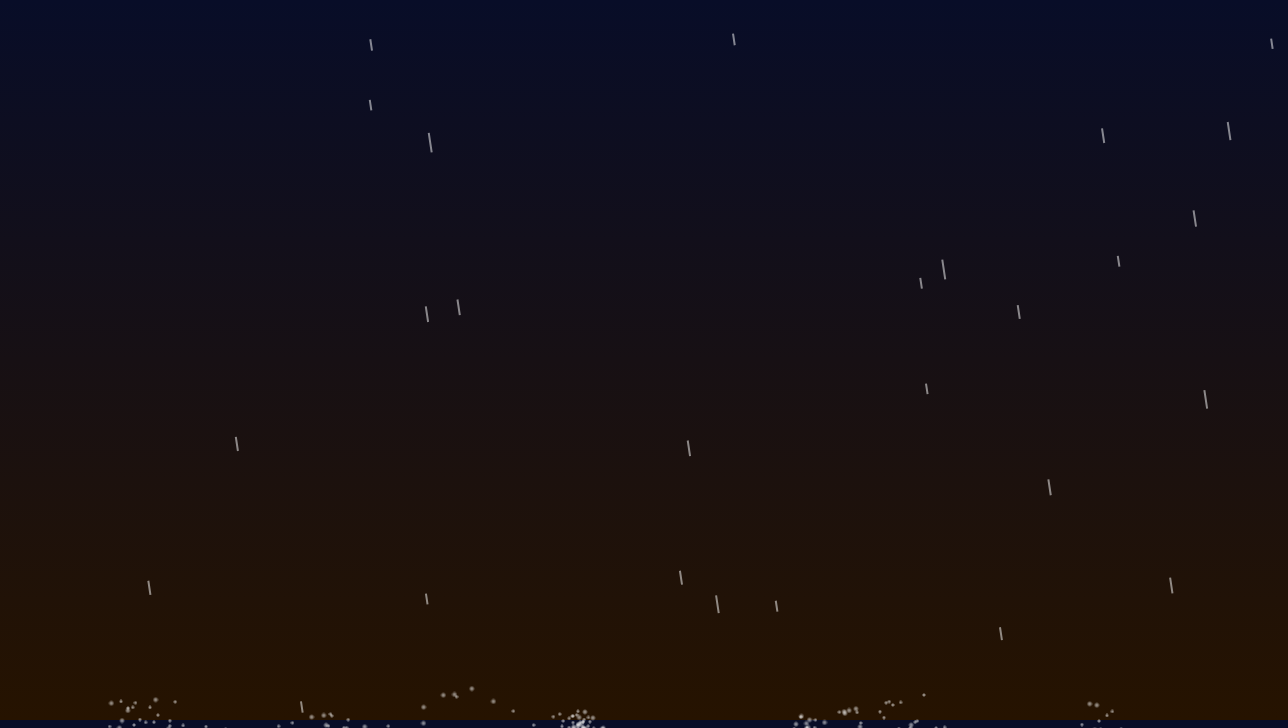
Repository: lucasthaynan/chuvas-estadao
Page: index.html
An editor plug-in stored every save of this project. The page is shown before and after the next save, followed by the edit.
The browser window is 1280 px wide. The page is 1288 px wide, so the pictures cover 1288 px, including what lies to the right of the window. The pictures show the whole page.

Above is the page before, as saved 2023-02-23 18:20:42.
Console error: ReferenceError: dat is not defined

After the next save:
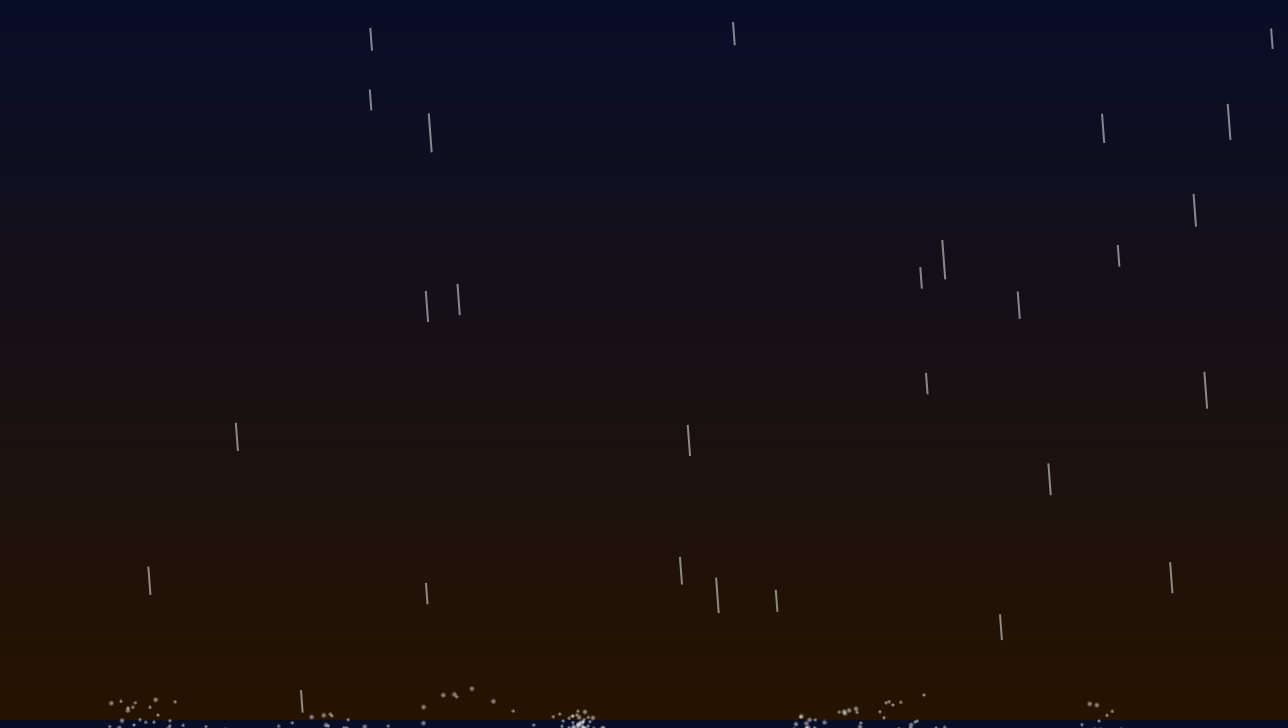
Saved 55 s later.
--- a/main.js
+++ b/main.js
@@ -217,7 +217,9 @@ function Rain() {
 	this.splashed = false;
 }
 Rain.width = 2;
-Rain.height = 20;
+
+// TAMANHO DAS GOSTAS DE CHUVA - 40 = PADRAO
+Rain.height = 40;
 Rain.prototype.init = function() {
 	this.y = Math.random() * -100;
 	this.z = Math.random() * 0.5 + 0.5;
